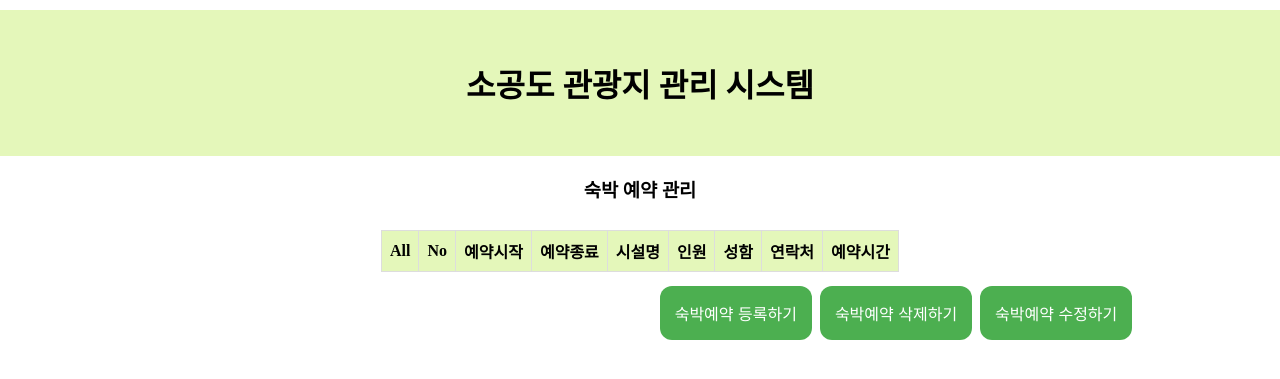
Repository: psyoongsc/SogongDo_Facility
Page: http://localhost/SogongDo_Management_System/Reservation_Mgmt/InquiryReserveView.jsp
An editor plug-in stored every save of this project. The page is shown before and after the next save, followed by the edit.
The browser window is 1280 px wide. The pictures show the whole page.
The page is served by Tomcat 9. Nobody is signed in. The application's start-up code is not run.

Above is the page before, as saved 2020-06-26 00:05:30.

After the next save:
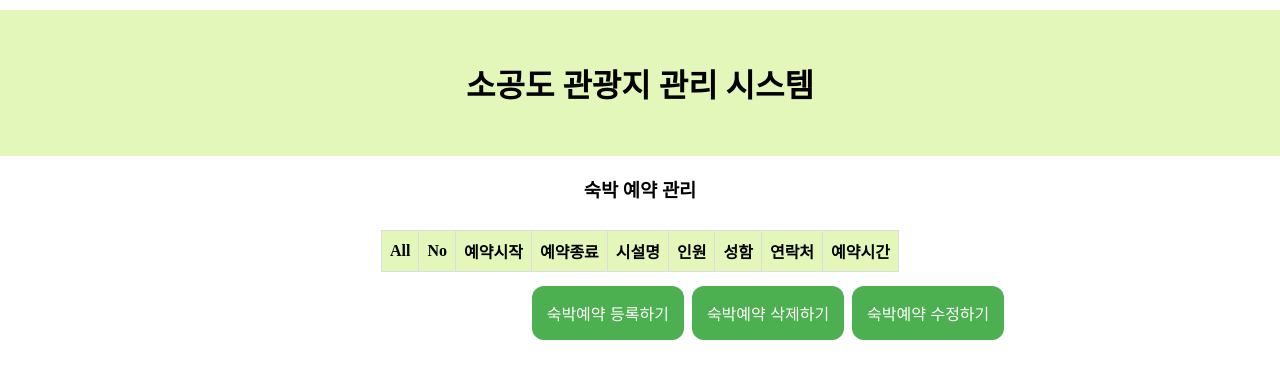
Saved 14 s later.
--- a/SogongDo_Management_System/WebContent/Reservation_Mgmt/InquiryReserveView.jsp
+++ b/SogongDo_Management_System/WebContent/Reservation_Mgmt/InquiryReserveView.jsp
@@ -45,7 +45,7 @@
 		    border-radius: 12px;
 		    background-color: #4CAF50;
 		    border: none;
-		    left: 20%;
+		    left: 10%;
 		    color: white;
 		    padding: 15px;
 		    text-align: center;
